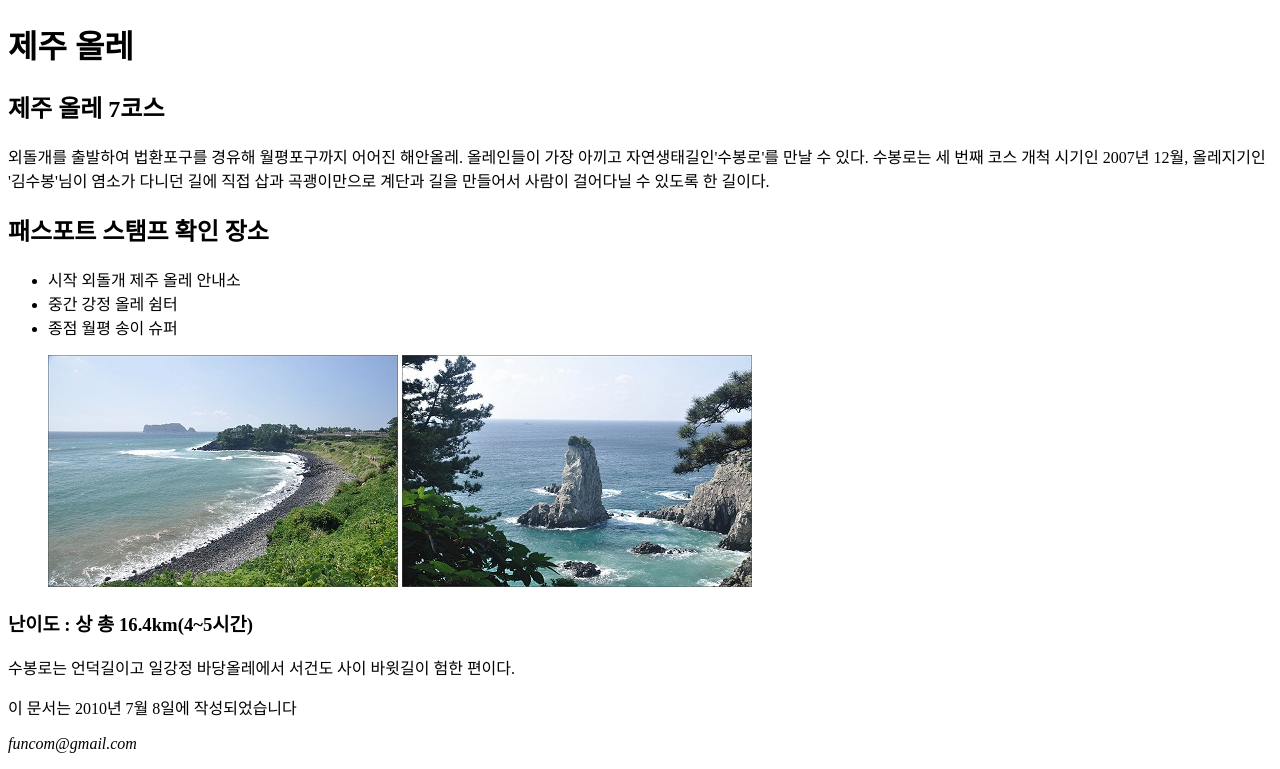
Repository: jinaa11/Kcc_Web
Page: Html/WebContent/sample2.html
An editor plug-in stored every save of this project. The page is shown before and after the next save, followed by the edit.
The browser window is 1280 px wide. The pictures show the whole page.

Above is the page before, as saved 2024-07-08 07:30:46.

### Html/WebContent/sample2.html
<!DOCTYPE html>
<html>
<head>
<meta charset="UTF-8">
<title>Insert title here</title>
</head>
<body>
<header>
	<h1>제주 올레</h1>
</header>

<section>
	<h2>제주 올레 7코스</h2>
	<p>
		외돌개를 출발하여 법환포구를 경유해 월평포구까지 어어진 해안올레.
  		올레인들이 가장 아끼고 자연생태길인'수봉로'를 만날 수 있다.
  		수봉로는 세 번째 코스 개척 시기인 2007년 12월, 올레지기인 '김수봉'님이 염소가 다니던 길에 직접 삽과 곡괭이만으로 계단과 길을 만들어서 사람이 걸어다닐 수 있도록 한 길이다.
	</p>
</section>

<article>
	<header>
		<h2>패스포트 스탬프 확인 장소</h2>
	</header>
	<ul>
		<li>시작  외돌개 제주 올레 안내소</li>
		<li>중간  강정 올레 쉼터</li>
		<li>종점  월평 송이 슈퍼</li>
	</ul>
</article>

<figure>
	<figcaption></figcaption>
	<img src="images/road1.jpg">
    <img src="images/road2.jpg">
</figure>

<section>
	<!-- 거리 태그 -->
	<header>
		<h3>난이도 : 상 총 16.4km(4~5시간)</h3>
	</header>
	<div>
  		수봉로는 언덕길이고 일강정 바당올레에서 서건도 사이 바윗길이 험한 편이다.
	</div>
</section>

<footer>
	<p>이 문서는 2010년 7월 8일에 작성되었습니다</p>
	<address>
		<!-- 주소 태그 -->
		<p>funcom@gmail.com</p>
	</address>
</footer>












</body>
</html>

After the next save:
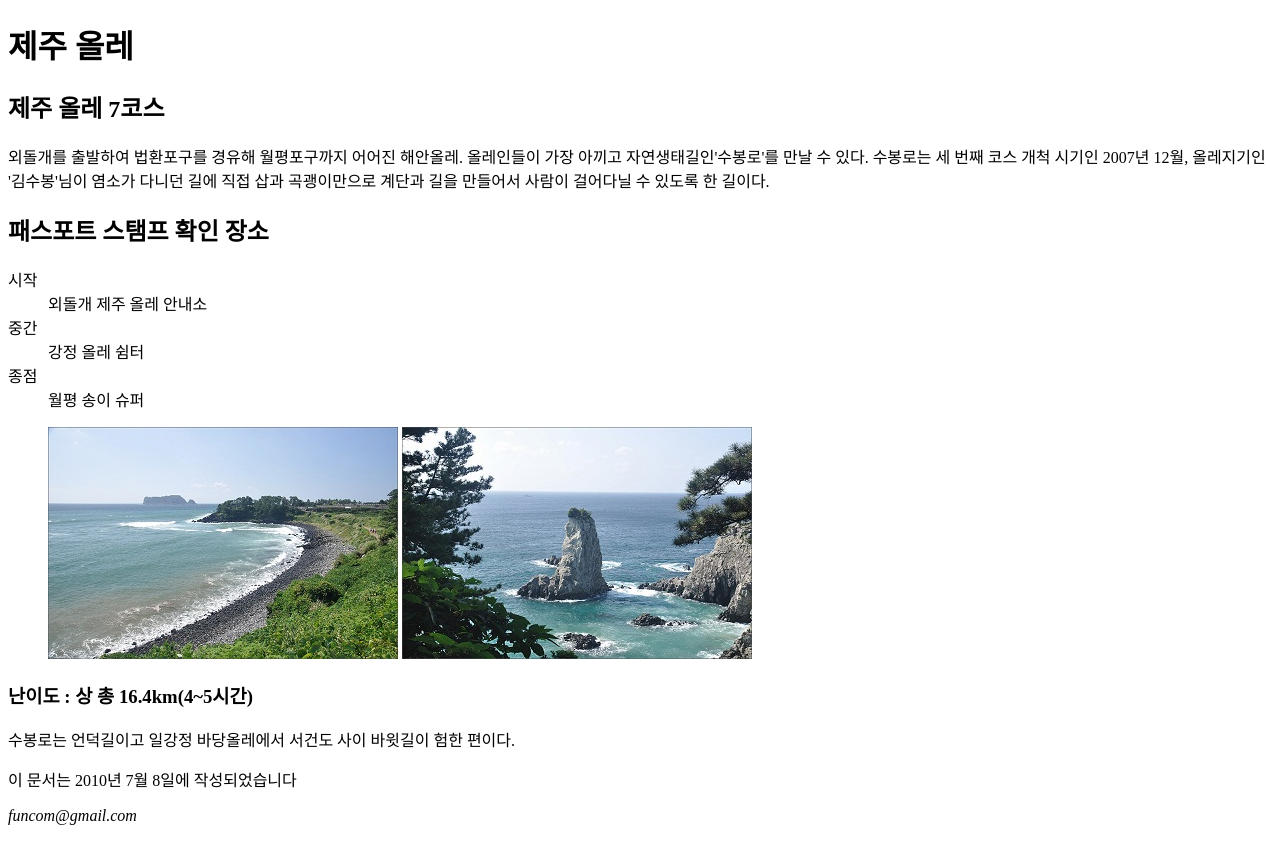
Saved 80 s later.
--- a/Html/WebContent/sample2.html
+++ b/Html/WebContent/sample2.html
@@ -22,11 +22,16 @@
 	<header>
 		<h2>패스포트 스탬프 확인 장소</h2>
 	</header>
-	<ul>
-		<li>시작  외돌개 제주 올레 안내소</li>
-		<li>중간  강정 올레 쉼터</li>
-		<li>종점  월평 송이 슈퍼</li>
-	</ul>
+	<div>
+		<dl>
+			<dt>시작</dt>
+			<dd>외돌개 제주 올레 안내소</dd>
+			<dt>중간</dt>
+			<dd>강정 올레 쉼터</dd>
+			<dt>종점</dt>
+			<dd>월평 송이 슈퍼</dd>
+		</dl>
+	</div>
 </article>
 
 <figure>
